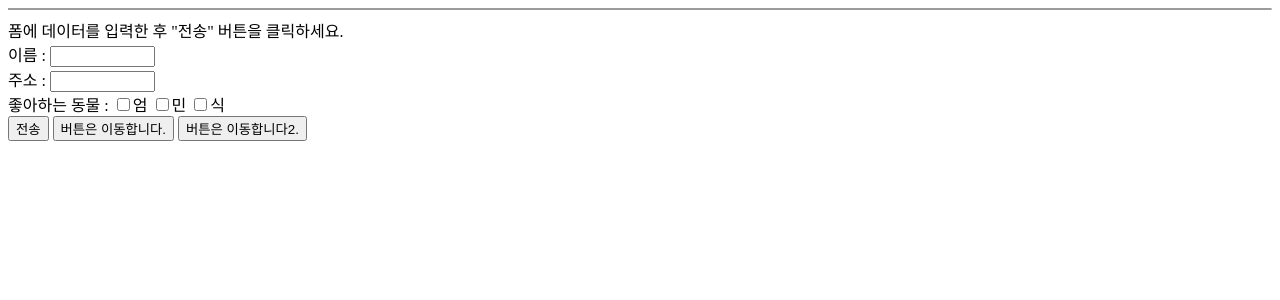
Repository: eParkjongtaek/lovedisket
Page: http://localhost/KH18_1/0905/12makeTestForm.jsp
An editor plug-in stored every save of this project. The page is shown before and after the next save, followed by the edit.
The browser window is 1280 px wide. The pictures show the whole page.
The page is served by Tomcat 9. Other server files are loaded and not shown.

Above is the page before, as saved 2017-09-05 06:12:02.

### source/KH18_1/WebContent/0905/12makeTestForm.jsp
<%@ page contentType="text/html; charset=euc-kr" %>
<html>
	<head>
		<title>폼 생성</title>
		<style>
			hr { border-top:1px solid #9C9C9C; border-bottom:1px solid #9C9C9C; }
		</style>
		<script src="https://ajax.googleapis.com/ajax/libs/jquery/1.12.4/jquery.min.js"></script>
		<script type="text/javascript">
			$(function () {
				$("#move").click(function () {

					$("#form1").submit();

				});
			});

			function move_submit()
			{
				$("#form1").submit();
			}

		</script>
	</head>
	<body>
		<hr>폼에 데이터를 입력한 후 "전송" 버튼을 클릭하세요.
		<form id="form1" action="./13viewParameter.jsp" method="post">
			이름 : <input type="text" name="name" size="10"><br/>
			주소 : <input type="text" name="address" size="10"><br/>
			좋아하는 동물 :
				<input type="checkbox" name="pet" value="엄자바">엄
				<input type="checkbox" name="pet" value="민자바">민
				<input type="checkbox" name="pet" value="식자바">식
			<br/>
			<input type="submit" value="전송">
			<input id="move" type="button" value="버튼은 이동합니다." >
			<input type="button" value="버튼은 이동합니다2." onclick="javascript:move_submit();">

		</form>
	</body>
</html>

After the next save:
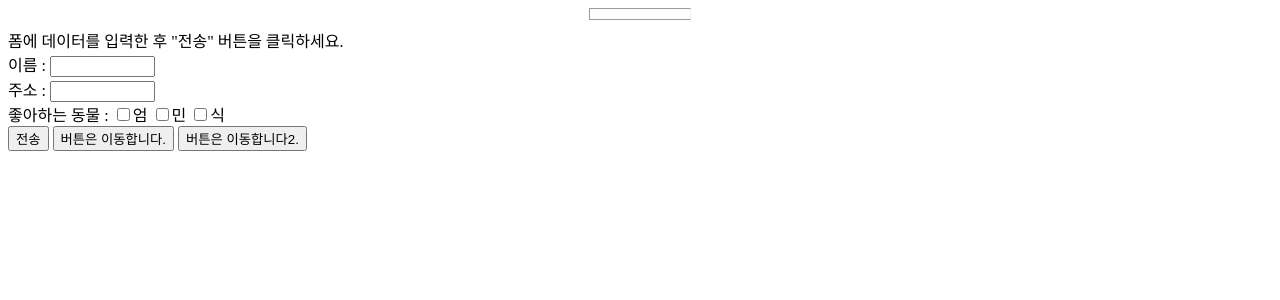
Saved 24 s later.
--- a/source/KH18_1/WebContent/0905/12makeTestForm.jsp
+++ b/source/KH18_1/WebContent/0905/12makeTestForm.jsp
@@ -3,7 +3,7 @@
 	<head>
 		<title>폼 생성</title>
 		<style>
-			hr { border-top:1px solid #9C9C9C; border-bottom:1px solid #9C9C9C; }
+			hr { border-top:1px solid #9C9C9C; border-bottom:1px solid #9C9C9C; width:100px; height:10px; }
 		</style>
 		<script src="https://ajax.googleapis.com/ajax/libs/jquery/1.12.4/jquery.min.js"></script>
 		<script type="text/javascript">
